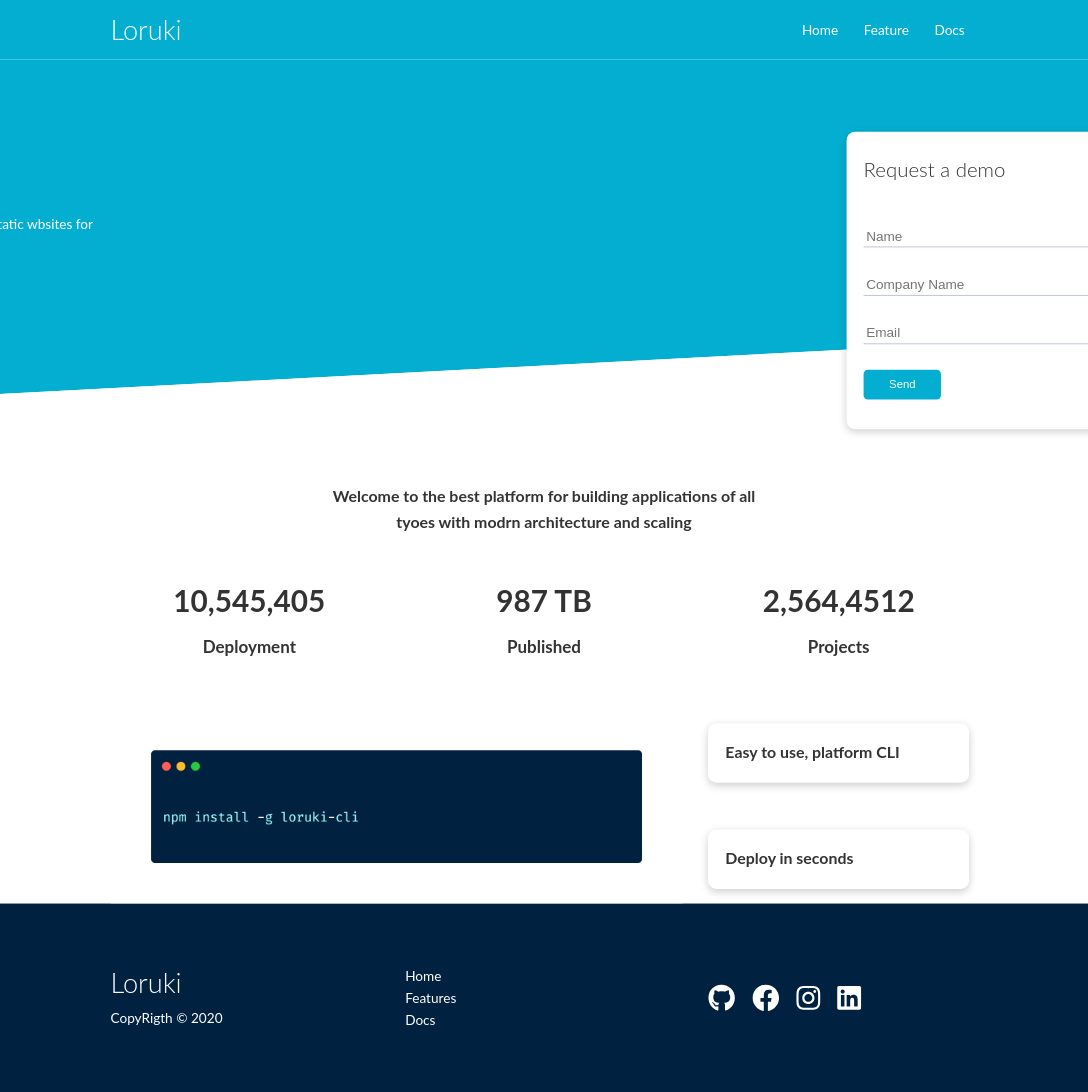
Repository: MosiurRrahman/loruki-app-reactjs
Page: /
The author's editor kept a copy of each file at every save. The page is drawn from the files as they stood at one save, then again after the next save.
The browser window is 1280 px wide. The pictures show the whole page, at 85% of full size.
The project was rebuilt for these pictures with package versions that can differ from the ones it lists, and the page was loaded fresh each time. Also part of the build but not shown: src/components/app.jsx.

Above is the page before, as saved 2021-10-05 17:18:37.

### src/index.js
import React from 'react';
import ReactDOM from 'react-dom';
import { BrowserRouter, Route, Switch } from 'react-router-dom';
import Layout from './components/app';
import defaultLayout from './components/layouts/Main';
import './index.css';
// import './utilities';






class Root extends React.Component{
  render(){
    return(
      <BrowserRouter basename = {"/"} >
      <Switch>
        <Route exact path = "/" component={defaultLayout} />
      <Layout></Layout>
      </Switch>
      </BrowserRouter>
    );
  }
}




ReactDOM.render(
  <React.StrictMode>
    <Root />
  </React.StrictMode>,
  document.getElementById('root')
);

### src/components/layouts/Main.jsx
import React, { Component } from "react";
import Footer from "../common/Footer";
import Header from "../common/Header";
import HomePage from "../pages/home/HomePage";

class Main extends Component {
  constructor(props) {
    super(props);
    this.state = {};
  }
  render() {
    return (
      <>
        <Header />
        <HomePage />
        <Footer />
      </>
    );
  }
}

export default Main;

### src/index.css
/* all css imported */

@import url("./assets/css/main");
@import url("./assets/css/utilities");

### src/components/common/Footer.jsx
import {
  faFacebook,
  faGithub,
  faInstagram,
  faLinkedin,
} from "@fortawesome/free-brands-svg-icons";
import { FontAwesomeIcon } from "@fortawesome/react-fontawesome";
import { Component } from "react";

class Footer extends Component {
  render() {
    return (
      <>
        <footer className="footer bg-dark py-5">
          <div className="container grid grid-3">
            <div>
              <h1>Loruki</h1>
              <p>CopyRigth &copy; 2020</p>
            </div>
            <nav>
              <ul>
                <li>
                  <a href="index.html">Home</a>
                </li>
                <li>
                  <a href="feature.html">Features</a>
                </li>
                <li>
                  <a href="docs.html">Docs</a>
                </li>
              </ul>
            </nav>
            <div className="social">
              <a href="#">
                <li className="fa-2x">
                  <FontAwesomeIcon icon={faGithub} />
                </li>
              </a>
              <a href="#">
                <li className="fa-2x">
                  <FontAwesomeIcon icon={faFacebook} />
                </li>
              </a>
              <a href="#">
                <li className="fa-2x">
                  <FontAwesomeIcon icon={faInstagram} />
                </li>
              </a>
              <a href="#">
                <li className=" fa-2x">
                  <FontAwesomeIcon icon={faLinkedin} />
                </li>
              </a>
            </div>
          </div>
        </footer>
      </>
    );
  }
}
export default Footer;

### src/components/common/Header.jsx
import { Component } from "react";

class Header extends Component {
  render() {
    return (
      <>
        <div className="navbar">
          <div className="container flex">
            <h1 className="logo">Loruki</h1>
            <nav>
              <ul>
                <li>
                  <a href="index.html">Home</a>
                </li>
                <li>
                  <a href="feature.html">Feature</a>
                </li>
                <li>
                  <a href="docs.html">Docs</a>
                </li>
              </ul>
            </nav>
          </div>
        </div>
      </>
    );
  }
}
export default Header;

### src/components/pages/home/HomePage.js
import React, { Component } from 'react';
import Cli from './Cli';
import ShowCase from './ShowCase';
import Status from './Status';

class HomePage extends Component {
    constructor(props){
        super(props);
        this.state = {

        }
    }
    render() {
        return (
            <>
            <ShowCase/>
            <Status/>
            <Cli/>
            </>
        );
    }
}

export default HomePage;

### src/assets/css/main.css
:root {
  --primary-color: #04aed0;
  --secondry-color: #04a1c0;
  --dark-color: #002240;
  --light-color: #f4f4ff;
  --success-color: #5cb85c;
  --error-color: #d9534f;
}

* {
  box-sizing: border-box;
  margin: 0;
  padding: 0;
}

body {
  font-family: "lato", sans-serif;
  color: #333333;
  line-height: 1.6;
}

ul {
  list-style-type: none;
}

a {
  text-decoration: none;
  color: #333333;
}

h1,
h2 {
  font-weight: 300;
  line-height: 1.2;
  margin: 10px 0;
}

p {
  margin: 10px 0;
}

img {
  width: 100%;
}

code,
pre {
  background: #333;
  color: #fff;
  padding: 10px;
}

.hidden {
  visibility: hidden;
  height: 0;
}

/* === navbar style === */

.navbar {
  background-color: var(--primary-color);
  color: #ffffff;
  height: 70px;
}

.navbar .flex {
  justify-content: space-between;
}

.navbar ul {
  display: flex;
}

.navbar ul a {
  padding: 10px;
  margin: 0 5px;
  color: #fff;
  transition: 0.3s;
}

.navbar ul a:hover {
  border-bottom: 2px solid #fff;
}

/* === Showcase style === */

.showcase {
  height: 400px;
  background-color: var(--primary-color);
  color: #fff;
  position: relative;
}

.showcase h1 {
  font-size: 40px;
}

.showcase p {
  margin: 20px 0;
}

.showcase .grid {
  overflow: visible;
  grid-template-columns: 55% 45%;
  gap: 30px;
}

body {
  overflow-x: hidden;
}

.showcase-form {
  position: relative;
  top: 60px;
  height: 350px;
  max-width: 400px;
  padding: 40px;
  z-index: 100;
  animation: slideInFromRight 1s ease-in;
}

.showcase-text {
  animation: slideInFromLeft 1s ease-in;
}

.showcase .form-control {
  margin: 30px 0;
}

.showcase input[type="text"],
.showcase input[type="email"] {
  border: 0;
  border-bottom: 1px solid #b4becb;
  width: 100%;
  padding: 3px;
  font-size: 16px;
}

.showcase-form input:focus {
  outline: none;
}

.showcase::before,
.showcase::after {
  content: "";
  position: absolute;
  height: 100px;
  background: #fff;
  left: 0;
  bottom: -60px;
  right: 0;
  transform: skewY(-3deg);
  --webkit-transform: skewY(-3deg);
  --moz-transform: skewY(-3deg);
  --ms-transform: skewY(-3deg);
}

/* ===stats=== */

.stats {
  padding-top: 100px;
  animation: slideInFromBottom 1s ease-in;
}

.stats-heading {
  max-width: 500px;
  margin: auto;
}

.stats .grid h3 {
  font-size: 35px;
}

.stats .grid p {
  font-size: 20px;
  font-weight: bold;
}

/* cli */

.cli .grid {
  grid-template-columns: repeat(3, 1fr);
  grid-template-rows: repeat(2, 1fr);
}

.cli .grid > *:first-child {
  grid-column: 1 / span 2;
  grid-row: 1 / span 2;
}

/* Cloud */

.cloud .grid {
  grid-template-columns: repeat(4fr, 1fr);
}

/* languages */

.languages .flex {
  flex-wrap: wrap;
}

.languages .card {
  text-align: center;
  margin: 18px 10px 40px;
  transition: 0.3s;
}

.languages .card:hover {
  transform: translateY(-15px);
  color: var(--primary-color);
}

.languages .card h4 {
  font-size: 20px;
  margin-bottom: 10px;
}

/* Feature section */

.freatures-head img,
.docs-head img {
  width: 200px;
  justify-self: center;
}

.freatures-sub-head img {
  width: 300px;
  justify-self: flex-end;
}

/* feature main */

.freatures-main .card > i {
  margin-right: 20px;
}

.freatures-main .grid {
  padding: 30px;
}

.freatures-main .grid > *:first-child {
  grid-column: 1 / span 3;
}

.freatures-main .grid > *:nth-child(2) {
  grid-column: 1 / span 2;
}

.freatures-main .grid > *:nth-child(2) {
  justify-content: start;
}

/* dosc */

.docs-main h3 {
  margin: 20px 0;
}

.docs-main .grid {
  grid-template-columns: 1fr 2fr;
  align-items: flex-start;
}

.docs-main nav li {
  font-size: 20px;
  padding-bottom: 5px;
  margin-bottom: 5px;
  border-bottom: 1px solid #ccc;
}

.docs-main nav a:hover {
  color: var(--primary-color);
  font-weight: bold;
}

/* Footer */
.footer .social {
  display: flex;
}
.footer .social a {
  margin: 0 10px;
}

.footer .social a li {
  list-style-type: none;
  transition: 0.3s;
}

.footer .social a li:hover {
  transform: translateY(-5px);
  color: var(--primary-color);
}

/* Animation */

@keyframes slideInFromLeft {
  0% {
    transform: translateX(-100%);
  }
  100% {
    transform: translateX(0);
  }
}

@keyframes slideInFromRight {
  0% {
    transform: translateX(70%);
  }
  100% {
    transform: translateX(0);
  }
}

@keyframes slideInFromTop {
  0% {
    transform: translateY(-100%);
  }
  100% {
    transform: translateX(0);
  }
}

@keyframes slideInFromBottom {
  0% {
    transform: translateY(100%);
  }
  100% {
    transform: translateX(0);
  }
}

/* ===responsive css ===*/

/* Tablets and under */

@media screen and (max-width: 768px) {
  .grid,
  .showcase .grid,
  .stats .grid,
  .cli .grid,
  .cloud .grid,
  .freature-main .grid,
  .docs-main .grid {
    grid-template-columns: 1fr;
    grid-template-rows: 1fr;
  }
  .showcase {
    height: auto;
  }
  .showcase-text {
    text-align: center;
    margin-top: 40px;
    animation: slideInFromTop 1s ease-in;
  }
  .showcase-form {
    justify-self: center;
    margin: auto;
    animation: slideInFromBottom 1s ease-in;
  }
  .cli .grid > *:first-child {
    grid-column: 1;
    grid-row: 1;
  }
  .freatures-head,
  .freatures-sub-head,
  .docs-head {
    text-align: center;
  }
  .freatures-head img,
  .freatures-sub-head img,
  .docs-head img {
    justify-self: center;
  }
  .freatures-main .grid > *:first-child,
  .freatures-main .grid > *:nth-child(2) {
    grid-column: 1;
  }
  .grid-3 {
    grid-template-columns: 1fr;
    grid-template-rows: 1fr;
  }
}

/* Mobile */

@media (max-width: 500px) {
  .navbar {
    height: 110px;
  }
  .navbar .flex {
    flex-direction: column;
  }
  .navbar ul {
    padding: 10px;
    background: rgba(0, 0, 0, 0.1);
  }
}

/* ===responsive css end ===*/

/* === utlities === */

.container {
  max-width: 1100px;
  margin: 0 auto;
  overflow: auto;
  padding: 0 40px;
}

.card {
  background-color: #fff;
  color: #333;
  border-radius: 10px;
  box-shadow: 0 3px 10px rgba(0, 0, 0, 0.2);
  padding: 20px;
  margin: 10px;
}

.card p {
  padding-left: 20px;
}

.btn {
  display: inline-block;
  padding: 10px 30px;
  cursor: pointer;
  background: var(--primary-color);
  color: #fff;
  border: none;
  border-radius: 5px;
  transition: 0.3s;
}

.btn-outline {
  background-color: transparent;
  border: 1px solid #ffffff;
}

.btn:hover {
  transform: translate(5px);
}

/* background and colored buttons */

.btn-primary,
.bg-primary {
  background-color: var(--primary-color);
  color: #ffffff;
}

.btn-secondry,
.bg-secondry {
  background-color: var(--secondry-color);
  color: #ffffff;
}

.btn-dark,
.bg-dark {
  background-color: var(--dark-color);
  color: #ffffff;
}

.btn-light,
.bg-light {
  background-color: var(--light-color);
  color: #333;
}

.btn-primary a,
.bg-primary a,
.btn-secondry a,
.bg-secondry a,
.btn-dark a,
.bg-dark a {
  color: #fff;
}

/* text sizes */

.lead {
  font-size: 20px;
}

.sm {
  font-size: 1rem;
}

.md {
  font-size: 2rem;
}

.lg {
  font-size: 3rem;
}

.xl {
  font-size: 4rem;
}

.text-center {
  text-align: center;
}

.flex {
  display: flex;
  justify-items: center;
  align-items: center;
  height: 100%;
}

.grid {
  display: grid;
  grid-template-columns: repeat(2, 1fr);
  gap: 20px;
  justify-content: center;
  align-items: center;
  height: 100%;
}

.grid-3 {
  grid-template-columns: repeat(3, 1fr);
}

/* alart */

.alert {
  background-color: var(--light-color);
  padding: 10px 20px;
  font-weight: bold;
  margin: 15px 0;
}

.alert i {
  margin-right: 10px;
}

.alert-success {
  background-color: var(--success-color);
  color: #fff;
}

.alert-error {
  background-color: var(--errer-color);
  color: #fff;
}

/* Margin */

.my-1 {
  margin: 1rem 0;
}

.my-2 {
  margin: 1.5rem 0;
}

.my-3 {
  margin: 2rem;
}

.my-4 {
  margin: 3rem 0;
}

.my-5 {
  margin: 4rem 0;
}

.m-1 {
  margin: 1rem;
}

.m-2 {
  margin: 1.5rem;
}

.m-3 {
  margin: 2rem;
}

.m-4 {
  margin: 3rem;
}

.m-5 {
  margin: 4rem;
}

/* padding */

.py-1 {
  padding: 1rem 0;
}

.py-2 {
  padding: 1.5rem 0;
}

.py-3 {
  padding: 2rem;
}

.py-4 {
  padding: 3rem 0;
}

.py-5 {
  padding: 4rem 0;
}

.p-1 {
  padding: 1rem;
}

.p-2 {
  padding: 1.5rem;
}

.p-3 {
  padding: 2rem;
}

.p-4 {
  padding: 3rem;
}

.p-5 {
  padding: 4rem;
}

### src/components/pages/home/Cli.js
import React, { Component } from "react";
import image from '../../../assets/images/inst.png';

class Cli extends Component {
  render() {
    return (
      <>
        <section class="cli">
          <div class="container grid">
            <img src={image} alt="Cli images" />
            <div class="card">
              <h3>Easy to use, platform CLI</h3>
            </div>
            <div class="card">
              <h3>Deploy in seconds</h3>
            </div>
          </div>
        </section>
      </>
    );
  }
}

export default Cli;

### src/components/pages/home/ShowCase.js
import React, { Component } from "react";
import ShowcaseForm from "./ShowcaseForm";

class ShowCase extends Component {
  render() {
    return (
      <>
        <section className="showcase">
          <div className="container grid">
            <div className="showcase-text">
              <h1>Easier Deployment</h1>
              <p>
                Deploy web apps of all kinds, from large scale enterise APIs to
                static wbsites for individuals.Flill out the form to try a demo
                of our platform
              </p>
              <a href="feature.html" className="btn btn-outline">
                Read More
              </a>
            </div>


          <ShowcaseForm/>
          </div>
        </section>
      </>
    );
  }
}

export default ShowCase;

### src/components/pages/home/Status.js
import React, { Component } from 'react';

class Status extends Component {
    render() {
        return (
            <section className="stats">
                <div className="container">
                <h3 className="stats-heading text-center ">
                Welcome to the best platform for building applications of all tyoes with modrn architecture and scaling
            </h3>
            <div className="grid grid-3 text-center my-4">
                <div>
                    <i className="fas fa-server fa-3x"></i>
                    <h3>10,545,405</h3>
                    <p className="text-seconday">Deployment</p>
                </div>
                <div>
                    <i className="fas fa-upload fa-3x"></i>
                    <h3>987 TB</h3>
                    <p className="text-seconday">Published</p>
                </div>
                <div>
                    <i className="fas fa-project-diagram fa-3x"></i>
                    <h3>2,564,4512</h3>
                    <p className="text-seconday">Projects</p>
                </div>
            </div>
                </div>
            </section>
        );
    }
}

export default Status;

### src/components/pages/home/ShowcaseForm.js
import React, { Component } from 'react';

class ShowcaseForm extends Component {
    render() {
        return (
            <>
                <div className="showcase-form card">
                <h2>Request a demo</h2>
                <form name="contact" method="POST" data-netlify="true" netlify-honeypot="bot-field">
                    <input type="hidden" name="form-name" value="contact"/>
                    <p className="hidden">
                        <label>Don’t fill this out if you're human: <input name="bot-field" /></label>
                    </p>
                    <div className="form-control">
                        <input type="text" name="name" id="" placeholder="Name" required />
                    </div>
                    <div className="form-control">
                        <input type="text" name="Company name" id="" placeholder="Company Name" required />
                    </div>
                    <div className="form-control">
                        <input type="email" name="email" id="" placeholder="Email" required />
                    </div>
                    <input type="submit" value="Send" className="btn btn-primary" />
                </form>
            </div>
            </>
        );
    }
}

export default ShowcaseForm;

### src/components/pages/home/Cloud.js
import React, { Component } from 'react';

class Cloud extends Component {
    render() {
        return (
            <div>
                this is cloud
            </div>
        );
    }
}

export default Cloud;

Loaded but not shown: public/index.html (common file); src/assets/css/utilities.css (no stored copy; drawn as an empty file)

After the next save:
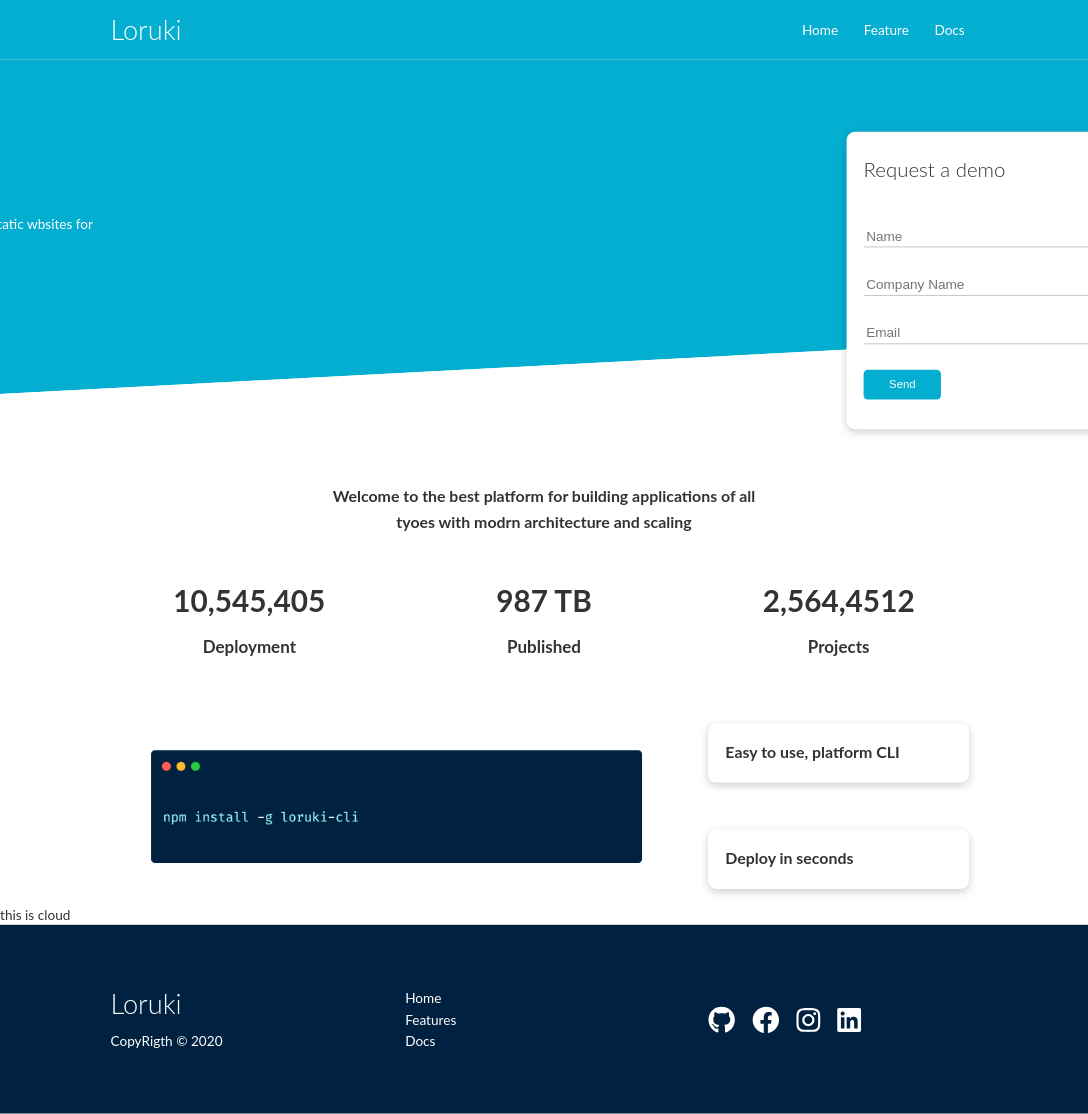
Saved 13 s later.
--- a/src/components/pages/home/HomePage.js
+++ b/src/components/pages/home/HomePage.js
@@ -1,5 +1,6 @@
 import React, { Component } from 'react';
 import Cli from './Cli';
+import Cloud from './Cloud';
 import ShowCase from './ShowCase';
 import Status from './Status';
 
@@ -16,6 +17,7 @@ class HomePage extends Component {
             <ShowCase/>
             <Status/>
             <Cli/>
+            <Cloud/>
             </>
         );
     }
